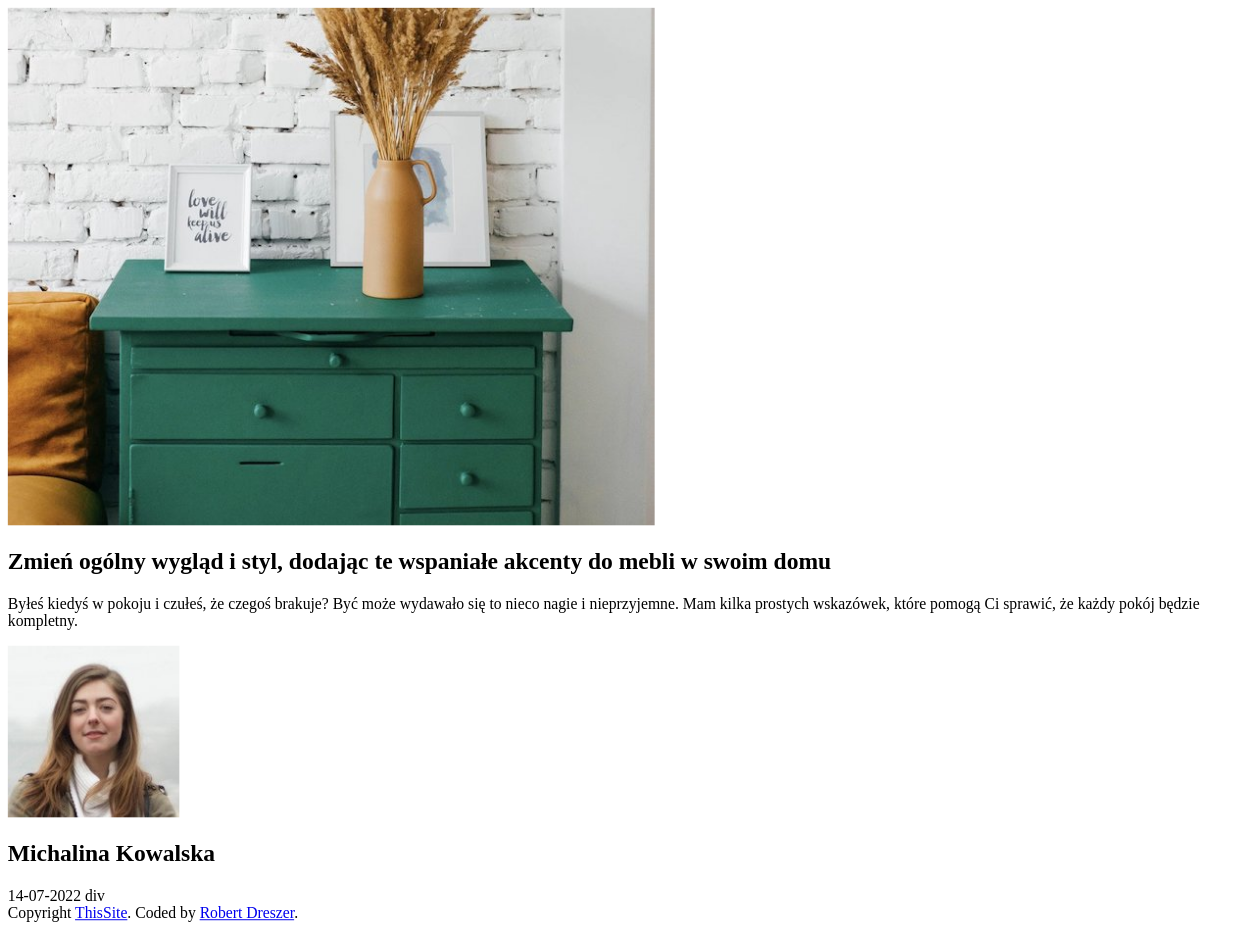
Repository: RobertDsr/komponent-podgl-du-produktu
Page: index.html
The author's editor kept a copy of each file at every save. The page is drawn from the files as they stood at one save, then again after a run of saves.
The browser window is 1280 px wide. The pictures show the whole page, at 98% of full size.

Above is the page before, as saved 2022-07-14 11:21:55.

After the next 2 saves:
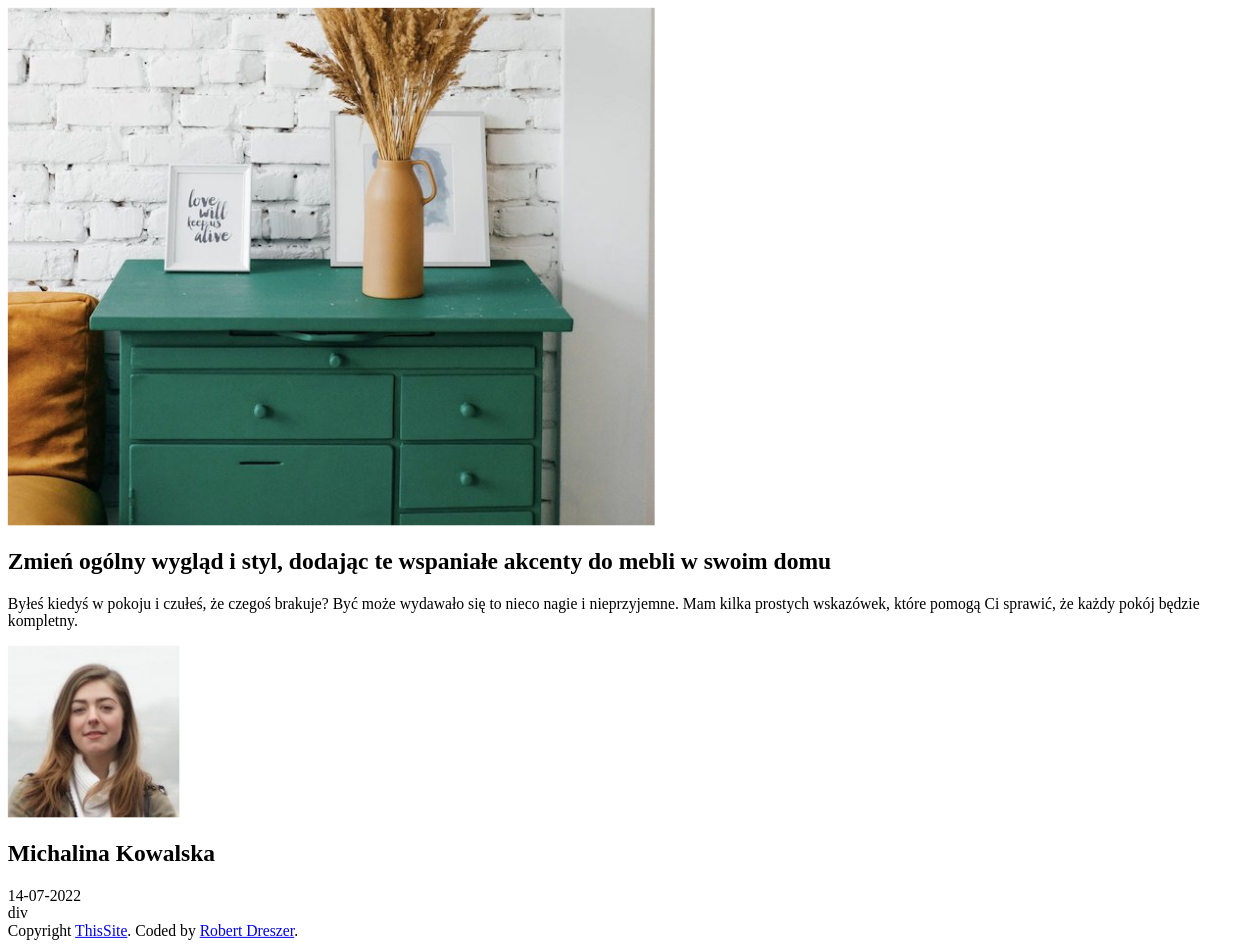
The 2 saves are shown as one change because they came seconds apart.
The last was saved 6 s later.
--- a/index.html
+++ b/index.html
@@ -20,6 +20,7 @@
         <div>
         <h2 class="authorName">Michalina Kowalska</h2>
         <time datetime="2022-07-14">14-07-2022</time>
+      </div>
         div
       </div>
     </section>
